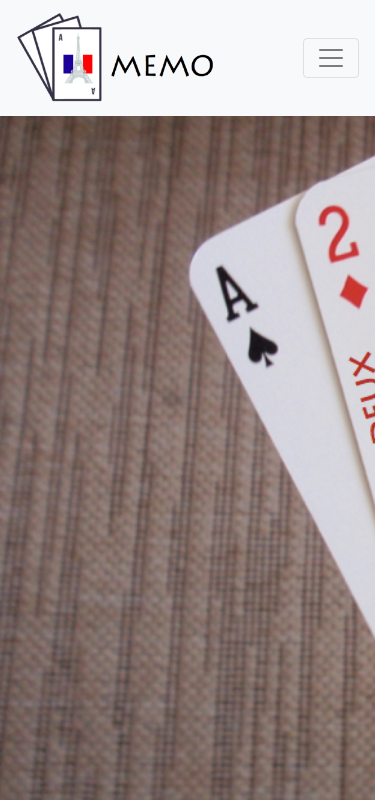
Repository: farahroslend/memofrancais
Page: landingPage.html
The author's editor kept a record of every edit. The page is drawn from the files as they stood at one moment, then again after the next edit.
The browser window is 375 px wide. The pictures show the whole page.

Above is the page before.

### landingPage.html
<!DOCTYPE html>
<html lang="en">

<head>
    <meta charset="UTF-8">
    <meta name="viewport" content="width=device-width, initial-scale=1.0">
    <meta http-equiv="X-UA-Compatible" content="ie=edge">

    <!-- CSS -->
    <link rel="stylesheet" href="https://maxcdn.bootstrapcdn.com/bootstrap/4.1.3/css/bootstrap.min.css">
    <link rel="stylesheet" href="styler.css" type="text/css">

    <!-- Add icon library -->
    <link href="https://fonts.googleapis.com/css?family=Ubuntu&display=swap" rel="stylesheet">

    <style>

    </style>

    <title>MEMO</title>
</head>

<body>
    <!---------------------------------------------------------------------- Nav bar -->
    <nav class="navbar navbar-light navbar-expand-sm bg-light">
        <a href="landingPage.html" class="navbar-brand"><img src="./visuals/memologo5.png" alt="" height="90" ></a>
        <button class="navbar-toggler ml-2" type="button" data-toggle="collapse" data-target="#navbarNavDropdown" aria-controls="navbarNavDropdown" aria-expanded="false" aria-label="Toggle navigation">
            <span class="navbar-toggler-icon"></span></button>
        <div class="collapse navbar-collapse" id="navbarNavDropdown">
            <ul class="navbar-nav ml-auto">
                <li class="active nav-item mr-2"><a class="nav-link" href="index.html">Home</a></li>
                <li class="nav-item mr-2"><a class="nav-link" href="about.html">About</a></li>
                <li class="nav-item mr-2"><a class="nav-link" href="#music">Decks</a></li>
                <li class="nav-item mr-2"><a class="nav-link" href="#gigs">Quiz</a></li>
                <li class="nav-item mr-2"><a class="nav-link" href="#bottom">Updates</a></li>
                <!-- <li class="nav-item mr-2 d-block d-sm-none"><a class="nav-link" href="">Sign In / Sign Up</a></li> -->
            </ul>
        </div>
    </nav>

    <!---------------------------------------------------------------------- Callout -->
    <div class="container-fluid callout-container">
        <div class="opaque-overlay">&nbsp;</div>
    </div>

    <!---------------------------------------------------------------------- /.callout -->

</body>

</html>

### styler.css
.callout-container {
    background-image: url('./visuals/lpPic1.png');
    height: 100vh;
    width: 100%;
    background: url('./visuals/lpPic1.png') no-repeat center center fixed;
    background-position-y: 55px;
    background-position-x: 0px;

    -webkit-background-size: cover;
    -moz-background-size: cover;
    -o-background-size: cover;
    background-size: cover;
    display: flex;
    align-items: center;
    justify-content: center;
    position: relative;

}

.navbar {
    width: 100vw;
    position: fixed;
    z-index: 2;
}

@media (max-width:499px) {
    .callout-container {
        background-position-y: 55px;
        background-position-x: 0px;
    }
}


@media (min-width: 500px) and (max-width: 1199px) {
    .callout-container {
        background-position-y: 100px;
        background-position-x: -50px;
    }

    body {
            font-family: 'Ubuntu', sans-serif;
            font-size: 26px;
        }
}


@media (min-width:1200px) {
    .callout-container {
        background-position-y: 55px;
        background-position-x: 0px;
    }

    body {
            font-family: 'Ubuntu', sans-serif;
            font-size: 33px;
        }
}

After the next edit:
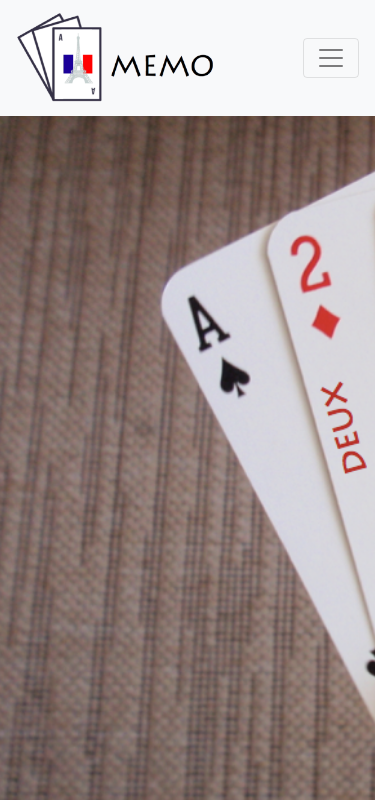
The edit:
--- a/styler.css
+++ b/styler.css
@@ -25,8 +25,8 @@
 
 @media (max-width:499px) {
     .callout-container {
-        background-position-y: 55px;
-        background-position-x: 0px;
+        background-position-y: 85px;
+        background-position-x: -28px;
     }
 }
 
